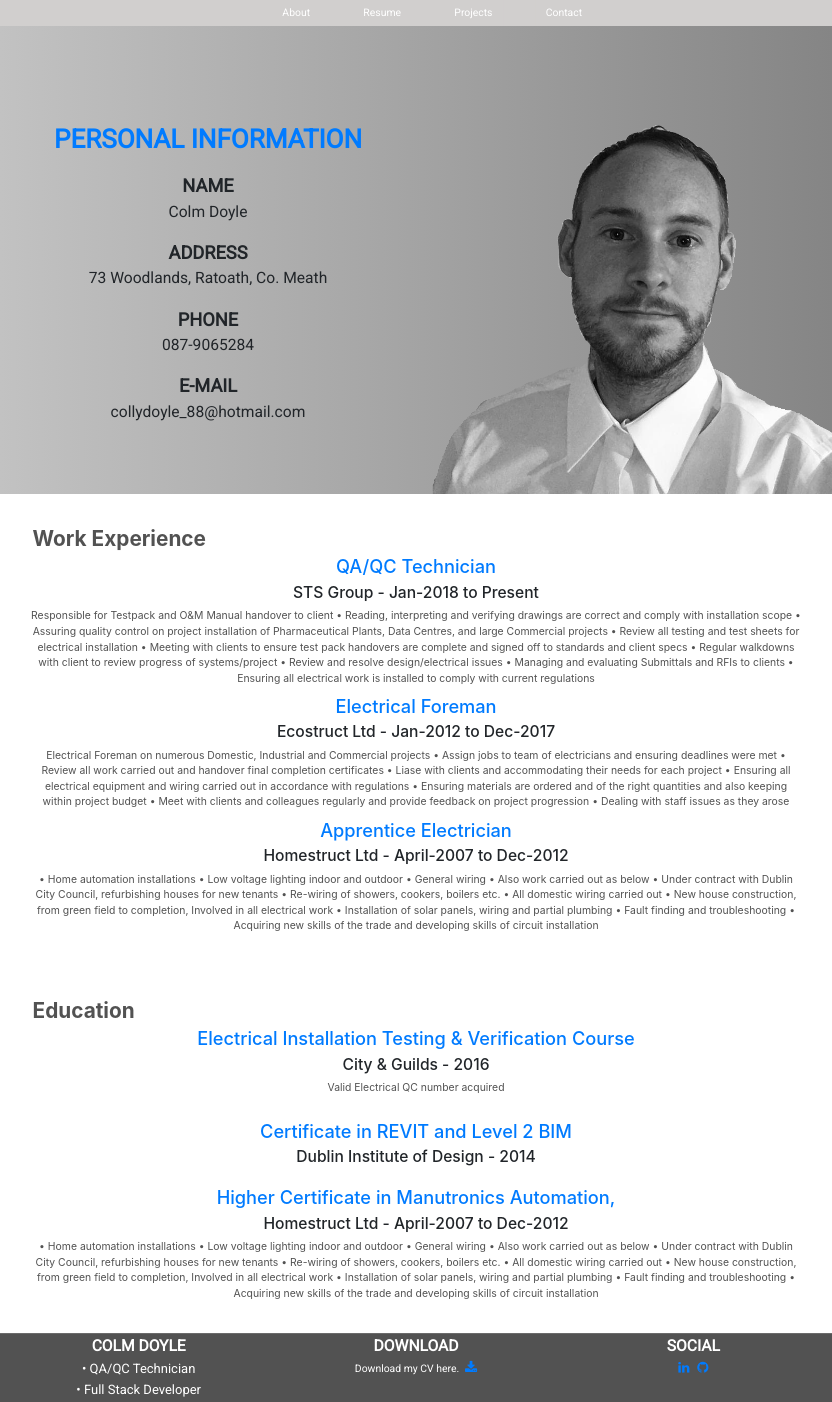
Repository: Code-Institute-Submissions/collyd21-milestone1
Page: resume.html
The author's editor kept a record of every edit. The page is drawn from the files as they stood at one moment, then again after the next edit.
The browser window is 1280 px wide. The pictures show the whole page, at 65% of full size.
Some web libraries are served in a nearby version.

Above is the page before.

After the next edit:
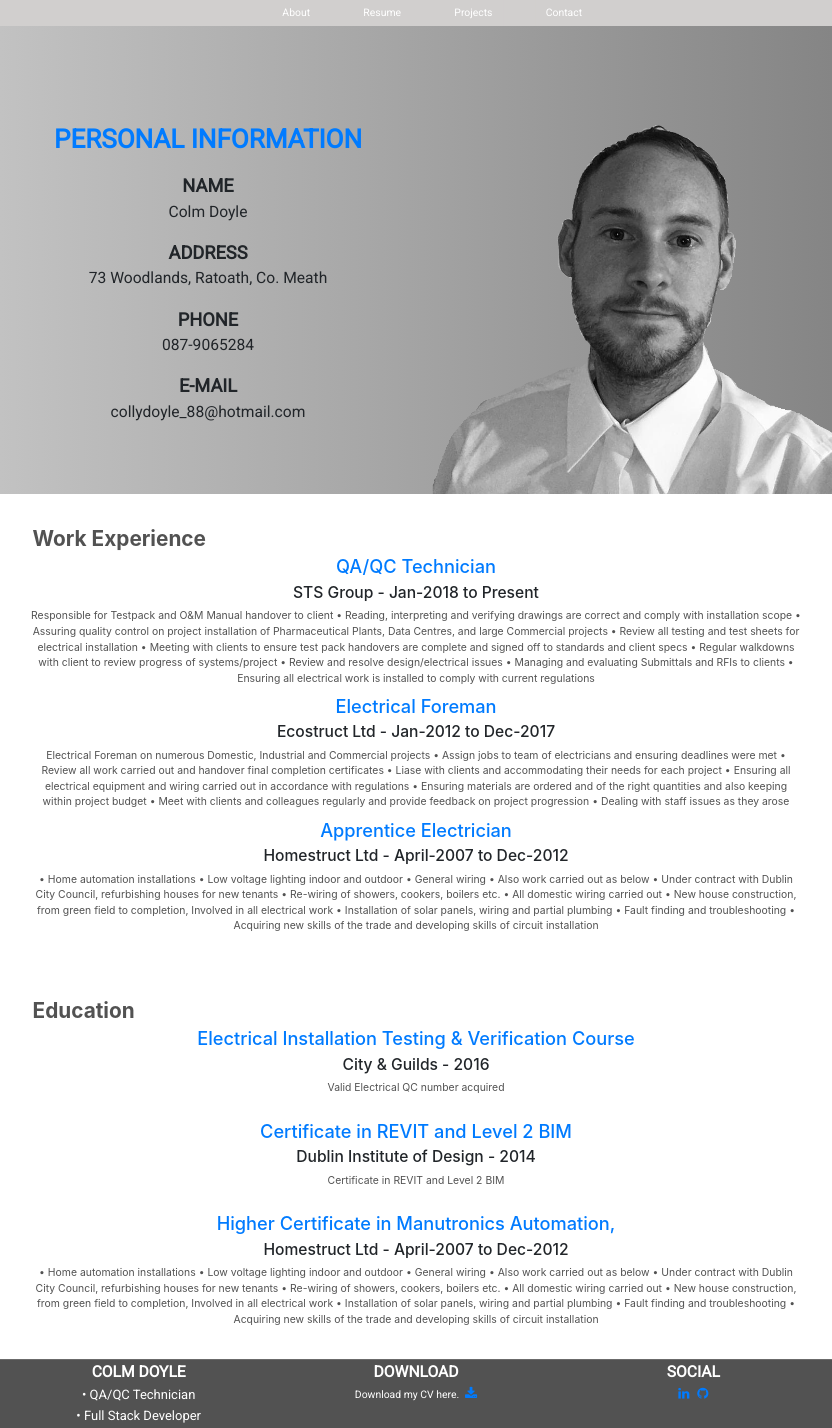
The edit:
--- a/resume.html
+++ b/resume.html
@@ -98,6 +98,7 @@
             <div class="col-12 work-experience">
                 <h3>Certificate in REVIT and Level 2 BIM</h3>
                 <h4>Dublin Institute of Design - 2014</h4>
+                <p>Certificate in REVIT and Level 2 BIM</p>
                 <br>
             </div>
             <div class="col-12 work-experience">
